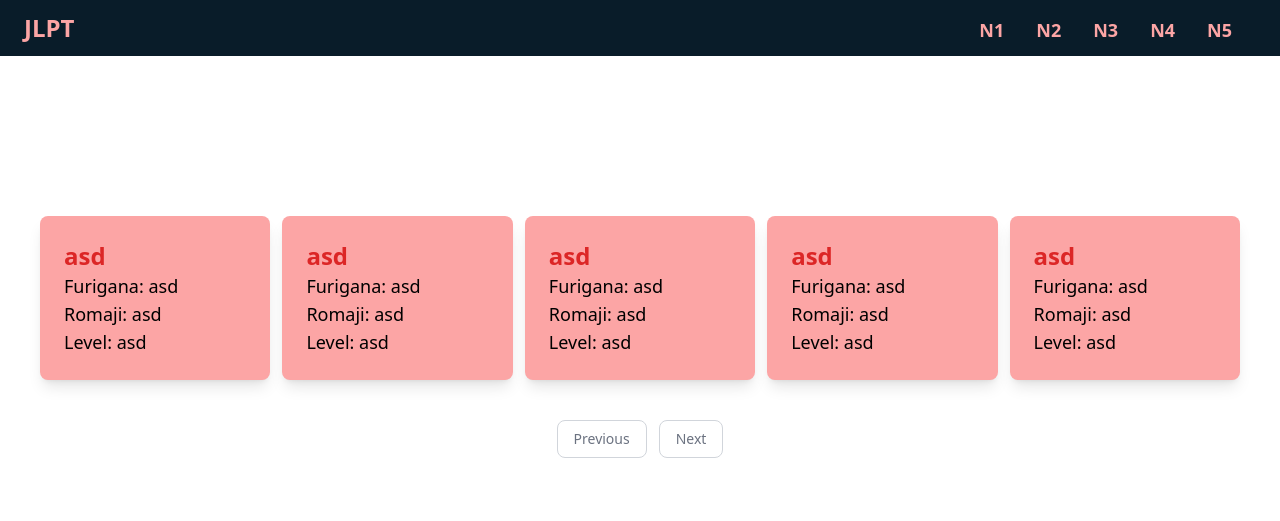
Repository: Penglee25/JLPT-vocabulary
Page: /n1
The author's editor kept a copy of each file at every save. The page is drawn from the files as they stood at one save, then again after the next save.
The browser window is 1280 px wide. The pictures show the whole page.
The project was rebuilt for these pictures with package versions that can differ from the ones it lists, and the page was loaded fresh each time. The framework's server and built-in components were replaced by stand-ins that run in the browser. Also part of the build but not shown: next.config.js, src/styles/main.css.

Above is the page before, as saved 2023-03-17 13:41:07.

### src/pages/_app.tsx
import type { AppProps } from 'next/app';
import React from 'react';
import Head from '../components/head';

import '../styles/global.css';
import '../styles/main.css';

function MyApp({ Component, pageProps }: AppProps) {
  return (
    <React.Fragment>
      <Head />
      <Component {...pageProps} />
    </React.Fragment>
  )
}

export default MyApp;

### src/pages/n1.tsx
import Navbar from "../components/navbar";

export default function n1() {

    return (
        <div>
            <Navbar />
            <div className="container p-10">


                <div className=" mt-44 grid md:grid-cols-5 gap-3 grid-cols-3">
                    <div key={0} className="block rounded-lg bg-red-300 p-6 shadow-lg dark:bg-neutral-700">
                        <span className='text-2xl font-bold text-red-600'>asd</span>
                        <p className='my-0 text-lg'>Furigana: asd</p>
                        <p className='my-0 text-lg'>Romaji: asd</p>
                        <p className='my-0 text-lg'>Level: asd</p>
                    </div>
                    <div key={0} className="block rounded-lg bg-red-300 p-6 shadow-lg dark:bg-neutral-700">
                        <span className='text-2xl font-bold text-red-600'>asd</span>
                        <p className='my-0 text-lg'>Furigana: asd</p>
                        <p className='my-0 text-lg'>Romaji: asd</p>
                        <p className='my-0 text-lg'>Level: asd</p>
                    </div>
                    <div key={0} className="block rounded-lg bg-red-300 p-6 shadow-lg dark:bg-neutral-700">
                        <span className='text-2xl font-bold text-red-600'>asd</span>
                        <p className='my-0 text-lg'>Furigana: asd</p>
                        <p className='my-0 text-lg'>Romaji: asd</p>
                        <p className='my-0 text-lg'>Level: asd</p>
                    </div>
                    <div key={0} className="block rounded-lg bg-red-300 p-6 shadow-lg dark:bg-neutral-700">
                        <span className='text-2xl font-bold text-red-600'>asd</span>
                        <p className='my-0 text-lg'>Furigana: asd</p>
                        <p className='my-0 text-lg'>Romaji: asd</p>
                        <p className='my-0 text-lg'>Level: asd</p>
                    </div>
                    <div key={0} className="block rounded-lg bg-red-300 p-6 shadow-lg dark:bg-neutral-700">
                        <span className='text-2xl font-bold text-red-600'>asd</span>
                        <p className='my-0 text-lg'>Furigana: asd</p>
                        <p className='my-0 text-lg'>Romaji: asd</p>
                        <p className='my-0 text-lg'>Level: asd</p>
                    </div>
                </div>
                <div className="pagination text-center mt-10">
                    <a href="#" className="inline-flex items-center px-4 py-2 text-sm font-medium text-gray-500 bg-white border border-gray-300 rounded-lg hover:bg-gray-100 hover:text-gray-700 dark:bg-gray-800 dark:border-gray-700 dark:text-gray-400 dark:hover:bg-gray-700 dark:hover:text-white">
                        Previous
                    </a>

                    <a href="#" className="inline-flex items-center px-4 py-2 ml-3 text-sm font-medium text-gray-500 bg-white border border-gray-300 rounded-lg hover:bg-gray-100 hover:text-gray-700 dark:bg-gray-800 dark:border-gray-700 dark:text-gray-400 dark:hover:bg-gray-700 dark:hover:text-white">
                        Next
                    </a>
                </div>
            </div>
        </div>
    )
}

### src/components/head.tsx
import NextHead from 'next/head';

const title = 'JLPT Vocabulary API';
const desc = 'A RESTful / GraphQL API for JPLT vocabulary from N5 to N1';
const url = 'https://jlpt-keiz.vercel.app';

export default function Head() {
  return (
    <NextHead>
      <title>{title}</title>
      <meta name="description" content={desc} />
      <link rel="shortcut icon" type="image/x-icon" href="/icon-r.png" />

      <meta property="og:type" content="website" />
      <meta property="og:title" content={title} />
      <meta property="og:description" content={desc} />
      <meta property="og:url" content={url} />
      <meta property="og:image" content={`${url}/icon-s.png`} />

      <meta name="twitter:card" content="summary" />
    </NextHead>
  );
}

### src/styles/global.css
@tailwind base;
@tailwind components;
@tailwind utilities;

html {
  @apply antialiased;
}

.levels{
  color: #a2a2a2;
  font-weight: 600;
  transition: .3s;
  cursor: pointer;
}

.levels::after{
  content: '\261B';
  margin-left: 5px;
  position: absolute;
}

.levels:hover{
  color: black;
  text-decoration: underline;
}

### src/components/navbar.tsx
import Link from 'next/link'
import { useState } from 'react'

import { navLinks } from '../utils/data'

export default function Navbar() {
    const [isOpen, setIsOpen] = useState(false)
    const animate = useState(true)


    const NavMobile = ({ onClick }: any) => {
        // const animate = useStartAnimation()

        // return (
        //     <div className={`md:hidden flex flex-col text-white font-dosis w-11/12 mx-auto pl-2 pb-5 ${animate? '': 'translate-x-60 -translate-y-7 opacity-0'} transform transition duration-1000`}>

        //     </div>
        // )
    }

    return (
        <div style={{ backgroundColor: '#091c29' }} className='fixed top-0 w-full z-20 px-6'>
            <div className="w-full mx-auto py-3 flex items-center justify-between text-red-300 font-dosis transform transition duration-2500 text-2xl font-bold cursor-pointer">
                <Link href={navLinks[0].path}>
                <h3> JLPT </h3>
                </Link>
                <div className={`hidden md:block ${animate ? '' : 'translate-x-20 opacity-0'} transform transition duration-2500`}>
                    {
                        navLinks.map((nav: any, i) => (
                            <Link key={i} href={nav.path}>
                                <span className='font-bold text-lg mr-4 px-2 cursor-pointer border-b-2 border-transparent hover:border-white anim'>{nav.name}</span>
                            </Link>
                        ))
                    }
                </div>

                <div className='md:hidden -mr-1 flex'>
                </div>
            </div>


        </div>
    )
}

### src/utils/data.ts
export const navLinks = [
    { name: "",
     path: "/"
    },
    {
      name: "N1",
      path: "/n1",
    },
    {
      name: "N2",
      path: "/N2",
    },
    {
      name: "N3",
      path: "/N3",
    },
    {
      name: "N4",
      path: "/N4",
    },
    {
      name: "N5",
      path: "/N5",
    },
  ];

### tailwind.config.js
module.exports = {
	content: ["./src/**/*.tsx"],
	theme: {
		extend: {
			animation: {
				none: "none",
				spin: "spin 1s linear infinite",
				ping: "ping 1s cubic-bezier(0, 0, 0.2, 1) infinite",
				pulse: "pulse 2s cubic-bezier(0.4, 0, 0.6, 1) infinite",
				pulse1s: "pulse1s 1s cubic-bezier(0.4, 0, 0.6, 1) infinite",
				bounce: "bounce 1s infinite",
				newbounce: "newbounce 1s infinite",
				rebounce: "rebounce 1s infinite",
				float: "float 3s infinite",
				refloat: "refloat 3s infinite",
			},
			fontSize: {
				xs: ["0.75rem", { lineHeight: "1rem" }],
				sm: ["0.875rem", { lineHeight: "1.25rem" }],
				base: ["1rem", { lineHeight: "1.5rem" }],
				lg: ["1.125rem", { lineHeight: "1.75rem" }],
				xl: ["1.25rem", { lineHeight: "1.75rem" }],
				"2xl": ["1.5rem", { lineHeight: "2rem" }],
				"3xl": ["1.875rem", { lineHeight: "2.25rem" }],
				"4xl": ["2.25rem", { lineHeight: "2.5rem" }],
				"5xl": ["3rem", { lineHeight: "1" }],
				"6xl": ["3.75rem", { lineHeight: "1" }],
				"7xl": ["4.5rem", { lineHeight: "1" }],
				"8xl": ["6rem", { lineHeight: "1" }],
				"9xl": ["8rem", { lineHeight: "1" }],
			},
		},
	},
	plugins: [require("@tailwindcss/typography")],
};

After the next save:
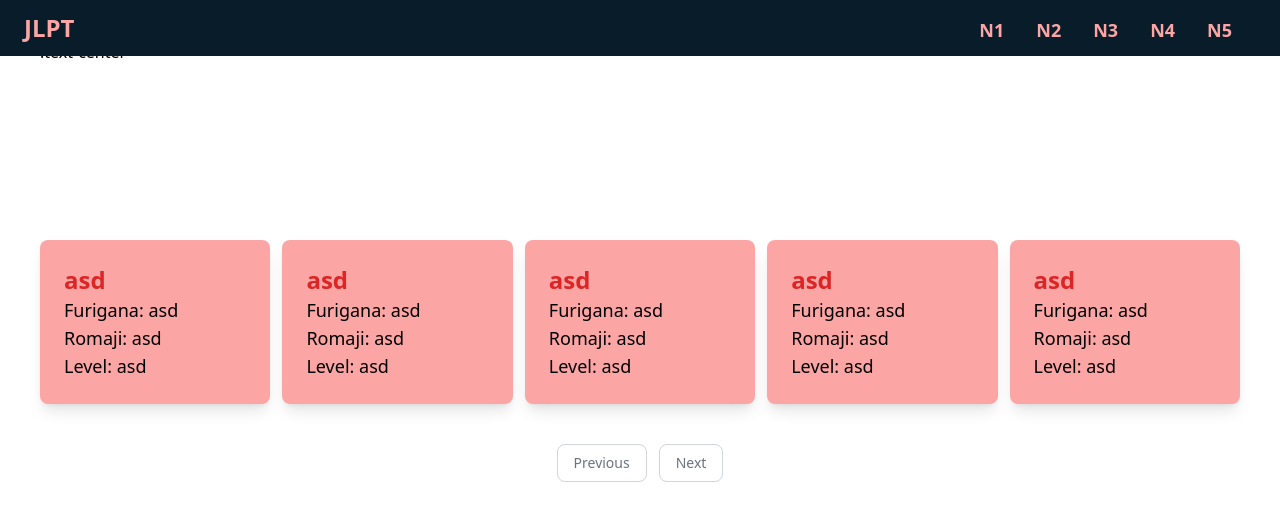
Saved 15 s later.
--- a/src/pages/n1.tsx
+++ b/src/pages/n1.tsx
@@ -6,6 +6,8 @@ export default function n1() {
         <div>
             <Navbar />
             <div className="container p-10">
+
+                .text-center
 
 
                 <div className=" mt-44 grid md:grid-cols-5 gap-3 grid-cols-3">
